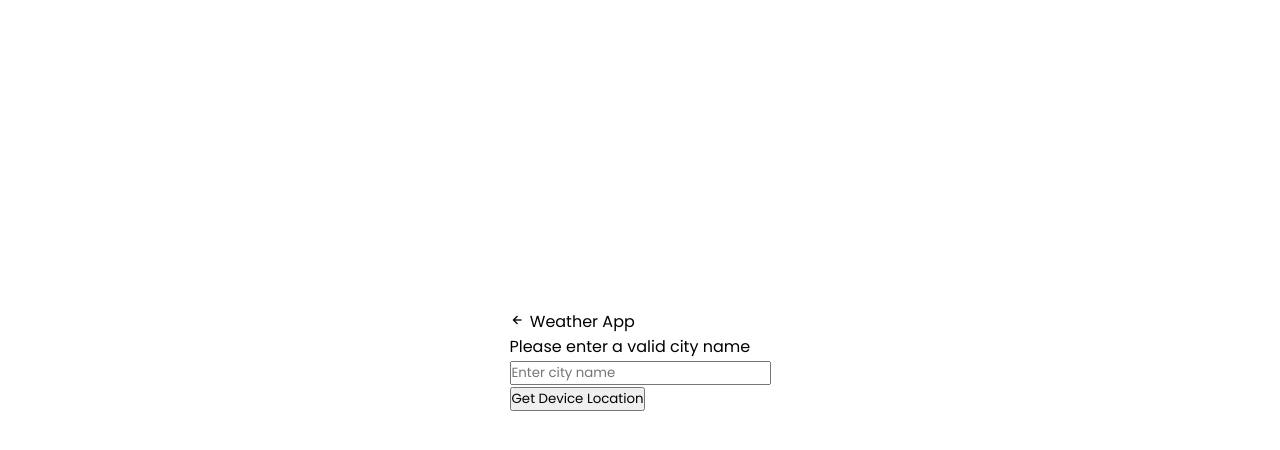
Repository: long13820/Weather-App-HTML-CSS-Javascript
Page: index.html
An editor plug-in stored every save of this project. The page is shown before and after the next save, followed by the edit.
The browser window is 1280 px wide. The pictures show the whole page.

Above is the page before, as saved 2021-09-01 23:09:07.

After the next save:
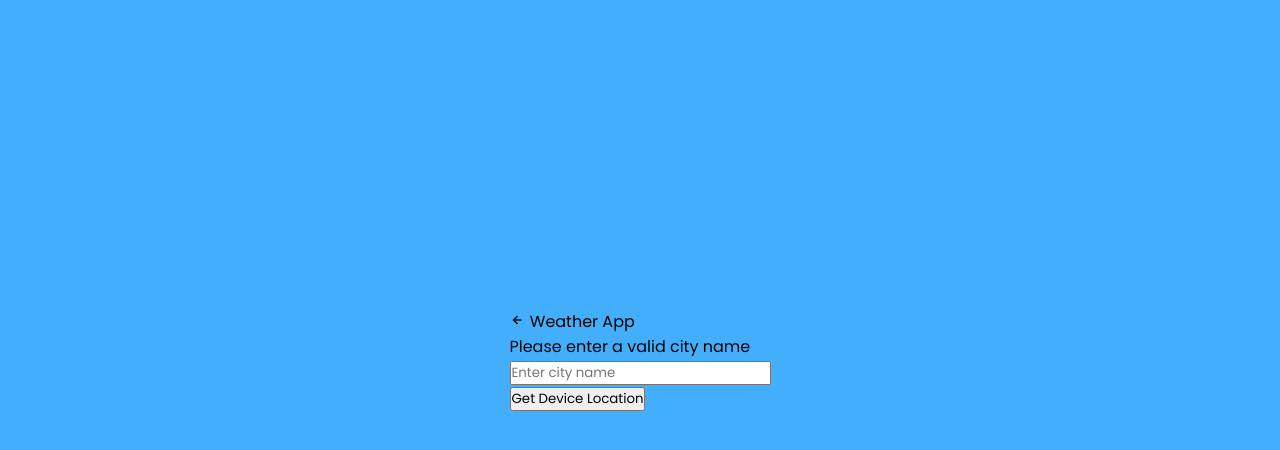
Saved 4 s later.
--- a/style.css
+++ b/style.css
@@ -11,5 +11,5 @@ body{
     align-items: center;
     justify-content: center;
     min-height: 100vh;
-    background: #43AFF;
+    background: #43AFFC;
 }
